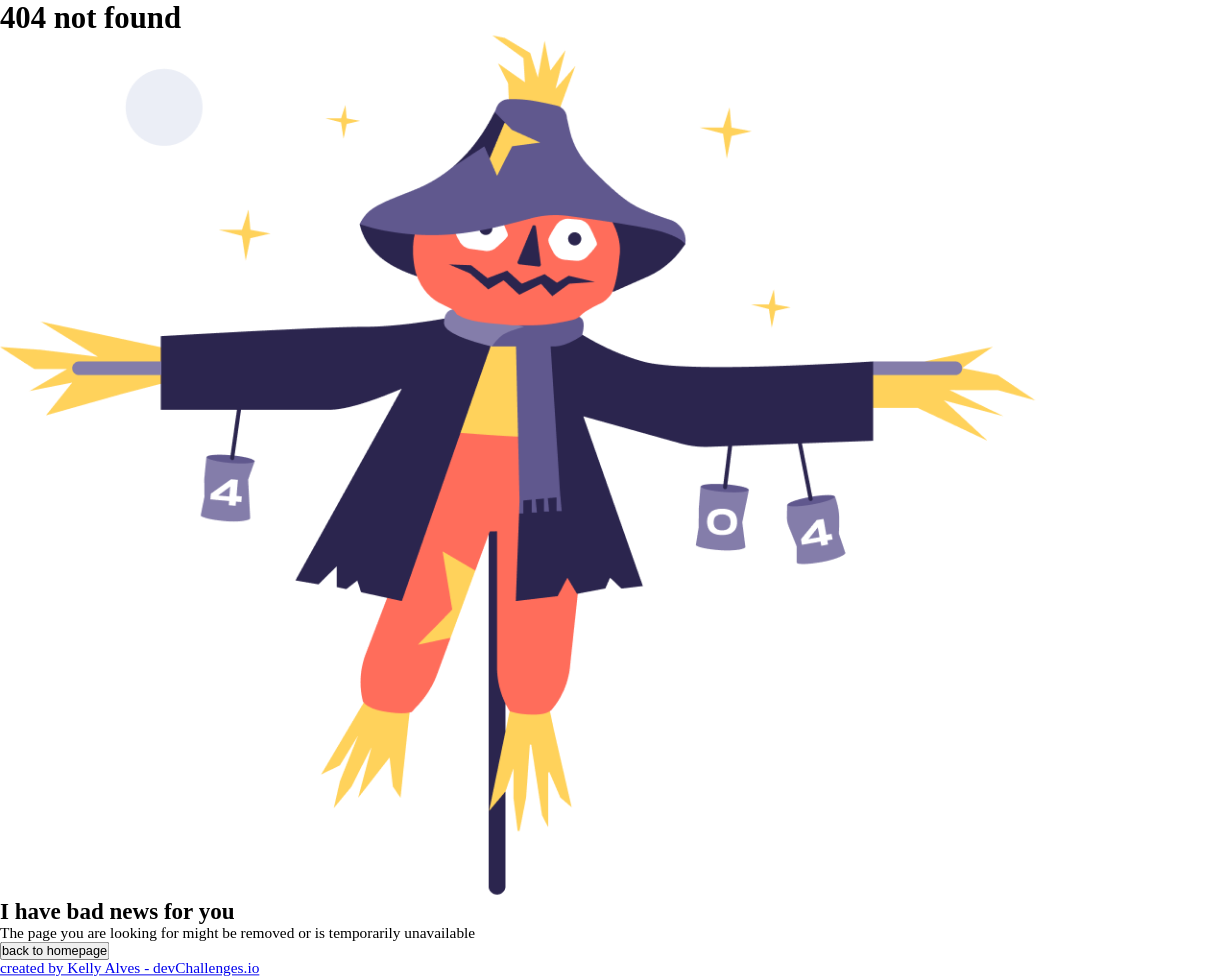
Repository: kellyalves87/404_not_found
Page: index.html
An editor plug-in stored every save of this project. The page is shown before and after the next save, followed by the edit.
The browser window is 1280 px wide. The pictures show the whole page, at 96% of full size.

Above is the page before, as saved 2021-05-16 15:44:29.

After the next save:
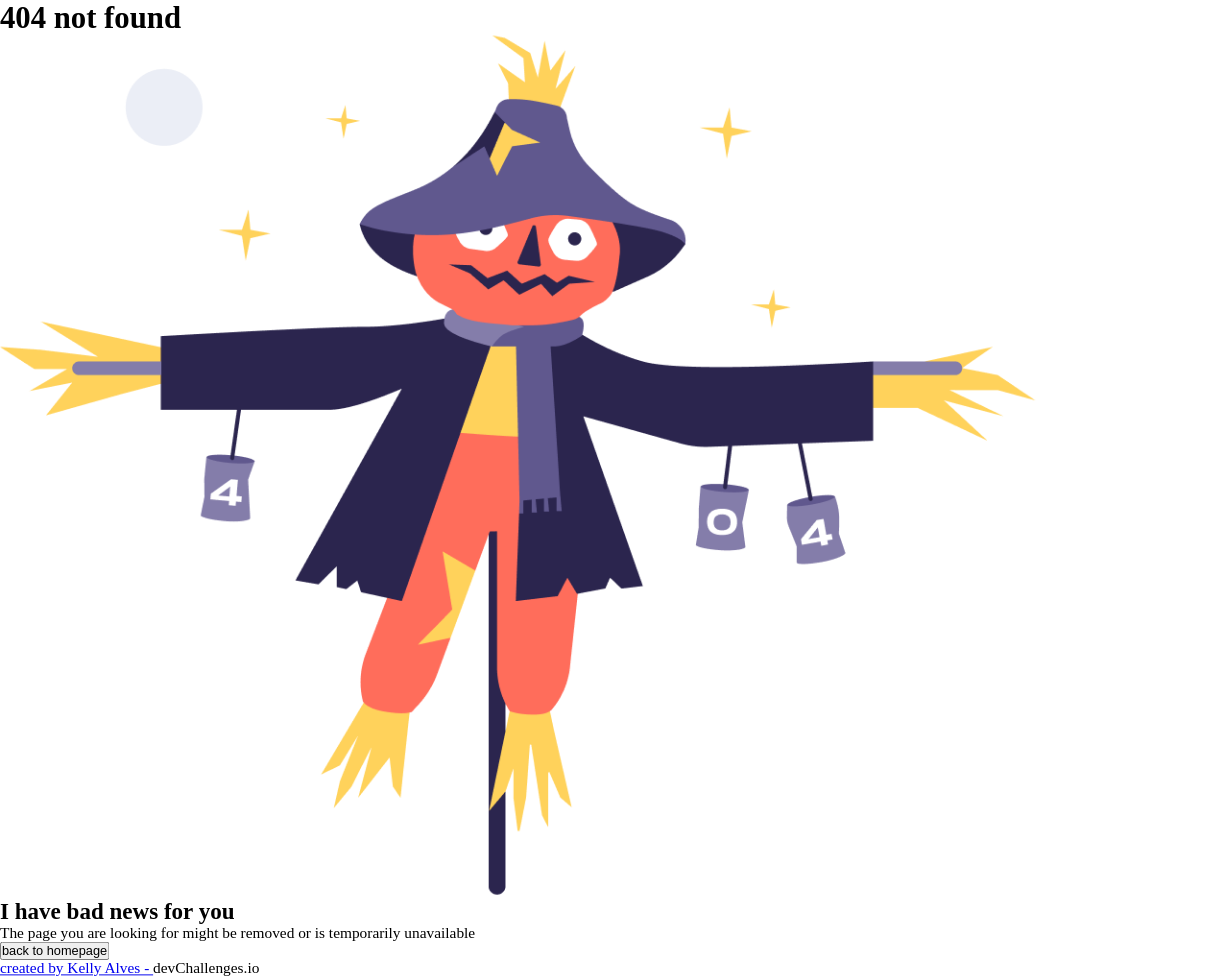
Saved 51 s later.
--- a/index.html
+++ b/index.html
@@ -28,7 +28,7 @@
     <button type="button">back to homepage</button>
   </div>
     <footer class="footer">
-      <a href="https://github.com/kellyalves87">created by Kelly Alves - devChallenges.io</a>
+      <a href="https://github.com/kellyalves87">created by Kelly Alves - <a href="https://devchallenges.io/"></a>devChallenges.io</a>
     </footer>
 </body>
 

After the save that followed:
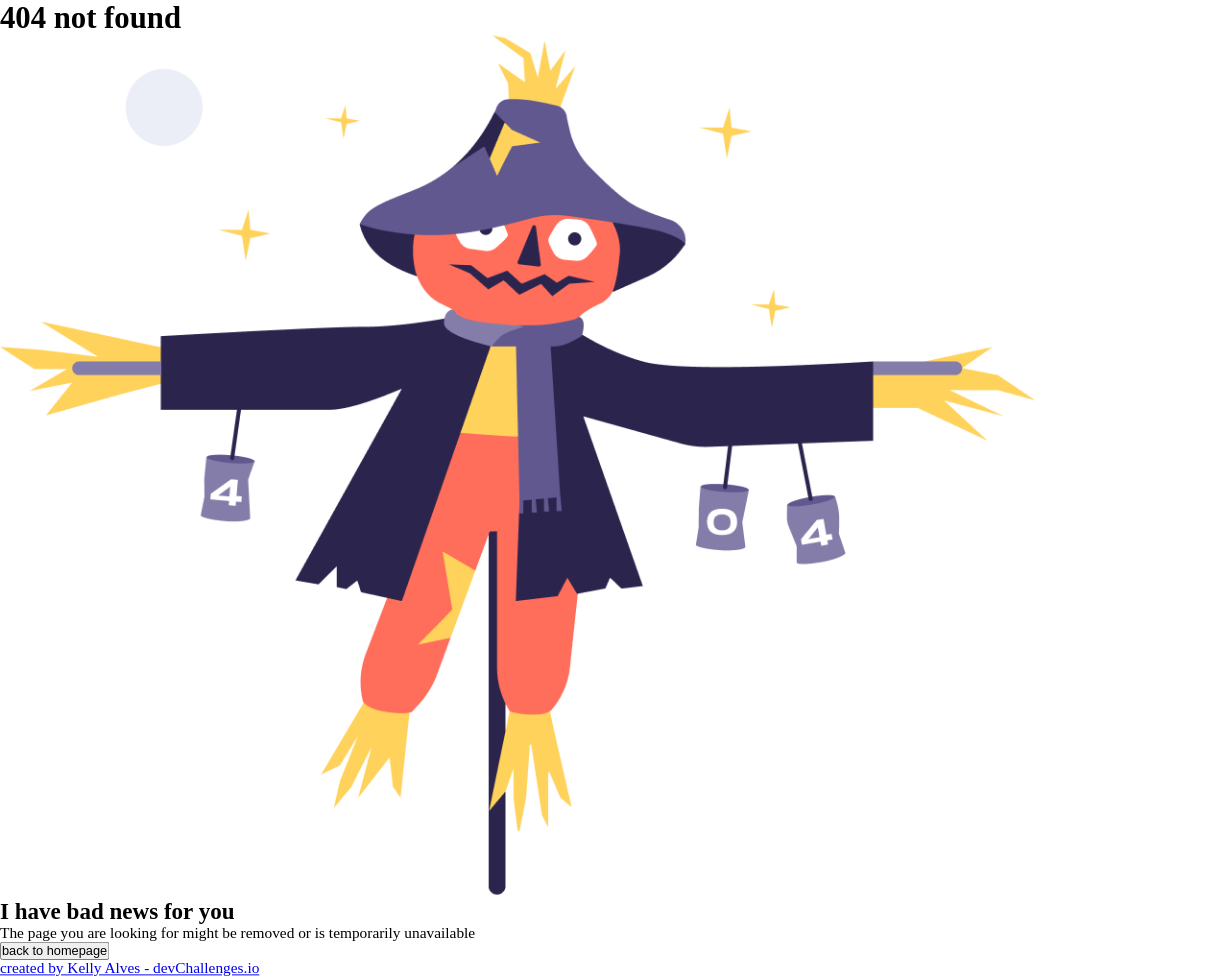
Saved 39 s later.
--- a/index.html
+++ b/index.html
@@ -28,7 +28,7 @@
     <button type="button">back to homepage</button>
   </div>
     <footer class="footer">
-      <a href="https://github.com/kellyalves87">created by Kelly Alves - <a href="https://devchallenges.io/"></a>devChallenges.io</a>
+      <a href="https://github.com/kellyalves87">created by Kelly Alves - <a href="https://devchallenges.io/">devChallenges.io</a>
     </footer>
 </body>
 
